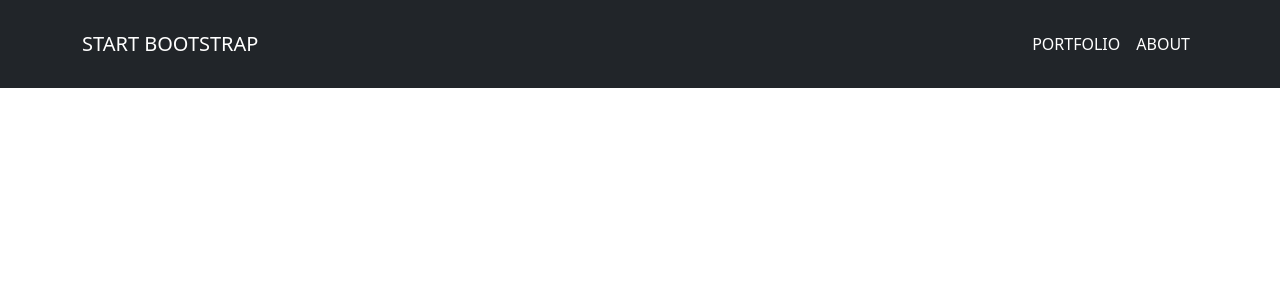
Repository: 7JaxeN7/WT-1255P-Mehmet_BEZC-
Page: index.html
The author's editor kept a copy of each file at every save. The page is drawn from the files as they stood at one save, then again after the next save.
The browser window is 1280 px wide. The pictures show the whole page.

Above is the page before, as saved 2025-01-06 18:41:52.

### index.html
<!DOCTYPE html>
<html lang="tr">

<head>
  <meta charset="UTF-8">
  <meta name="viewport" content="width=device-width, initial-scale=1.0">
  <link href="https://cdn.jsdelivr.net/npm/bootstrap@5.3.3/dist/css/bootstrap.min.css" rel="stylesheet"
    integrity="sha384-QWTKZyjpPEjISv5WaRU9OFeRpok6YctnYmDr5pNlyT2bRjXh0JMhjY6hW+ALEwIH" crossorigin="anonymous">
  <title>Start Bootstrap</title>
</head>

<body>
  <header>
    <nav class="navbar navbar-expand-lg bg-dark">
      <!-- Burada ne yaparsam yapayım navbar-bg olarak yaptığımda style.css tanımlayarak istenilen renk olmadı. Bu şekilde geçici çözüm buldum. Deneyeibilirsiniz, olmuyor... -->
      <div class="container pt-3 pb-3">
        <a class="navbar-brand text-white" href="#">START BOOTSTRAP</a>
        <button class="navbar-toggler" type="button" data-bs-toggle="collapse" data-bs-target="#navbarNav"
          aria-controls="navbarNav" aria-expanded="false" aria-label="Toggle navigation">
          <span class="navbar-toggler-icon"></span>
        </button>
        <div class="collapse navbar-collapse" id="navbarNav">
          <ul class="navbar-nav ms-auto">
            <li class="nav-item">
              <a class="nav-link text-white" href="#">PORTFOLIO</a>
            </li>
            <li class="nav-item">
              <a class="nav-link text-white" href="#">ABOUT</a>
            </li>
          </ul>
        </div>
      </div>
    </nav>
  </header>
  <!-- Burası bootstrap script kısmı -->
  <script src="https://cdn.jsdelivr.net/npm/bootstrap@5.3.3/dist/js/bootstrap.bundle.min.js"
    integrity="sha384-YvpcrYf0tY3lHB60NNkmXc5s9fDVZLESaAA55NDzOxhy9GkcIdslK1eN7N6jIeHz"
    crossorigin="anonymous"></script>
</body>

</html>

After the next save:
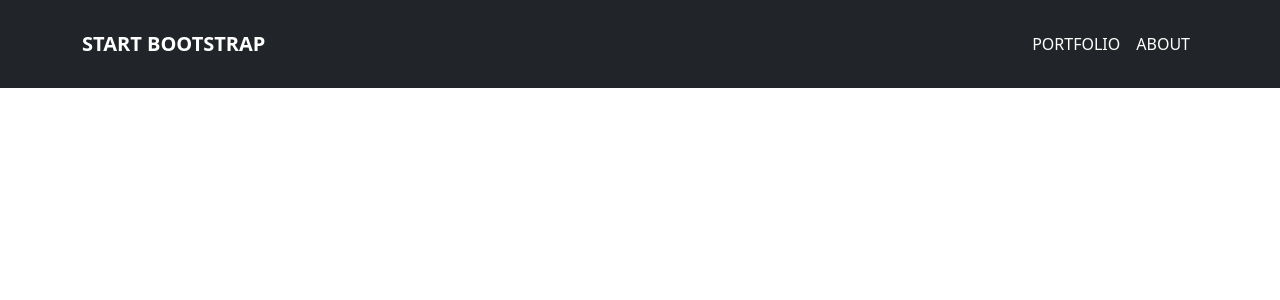
Saved 2 min 56 s later.
--- a/index.html
+++ b/index.html
@@ -14,7 +14,7 @@
     <nav class="navbar navbar-expand-lg bg-dark">
       <!-- Burada ne yaparsam yapayım navbar-bg olarak yaptığımda style.css tanımlayarak istenilen renk olmadı. Bu şekilde geçici çözüm buldum. Deneyeibilirsiniz, olmuyor... -->
       <div class="container pt-3 pb-3">
-        <a class="navbar-brand text-white" href="#">START BOOTSTRAP</a>
+        <a class="navbar-brand text-white fw-bolder" href="#">START BOOTSTRAP</a>
         <button class="navbar-toggler" type="button" data-bs-toggle="collapse" data-bs-target="#navbarNav"
           aria-controls="navbarNav" aria-expanded="false" aria-label="Toggle navigation">
           <span class="navbar-toggler-icon"></span>
